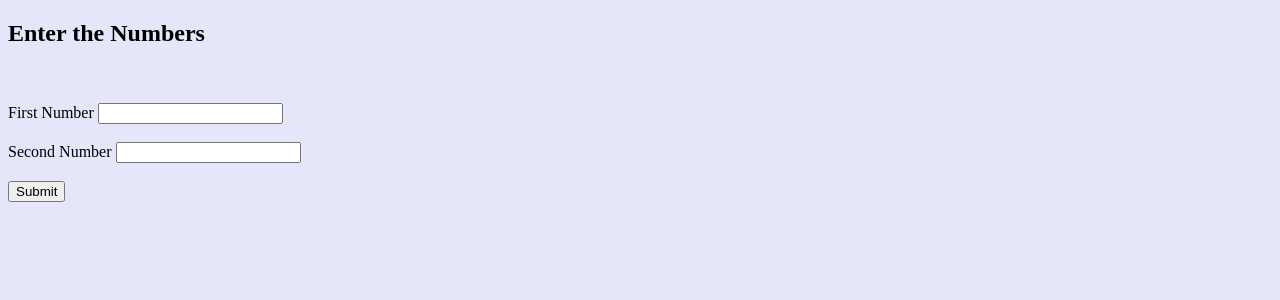
Repository: r-svp26/J2EE-Hands-On
Page: ServletBasics/WebContent/number.html
The author's editor kept a copy of each file at every save. The page is drawn from the files as they stood at one save, then again after the next save.
The browser window is 1280 px wide. The pictures show the whole page.

Above is the page before, as saved 2020-01-03 13:24:00.

After the next save:
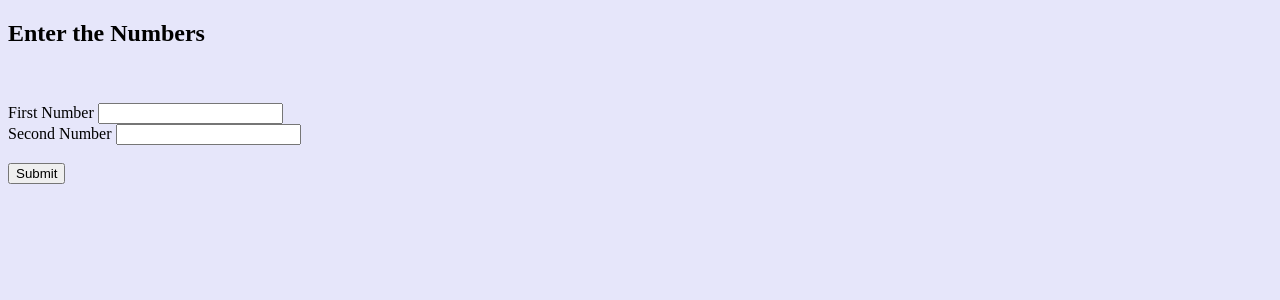
Saved 23 s later.
--- a/ServletBasics/WebContent/number.html
+++ b/ServletBasics/WebContent/number.html
@@ -11,7 +11,7 @@
 
 			<form action="AdditionServlet">
 				 <h2>Enter the Numbers</h2><br><br>
-					First Number <input type="text" name="num1"> <br><br>
+					First Number <input type="text" name="num1"> <br>
 					Second Number <input type="text" name="num2">  <br><br>
 					<input type="submit" name="Submit"/>
 			</form>
